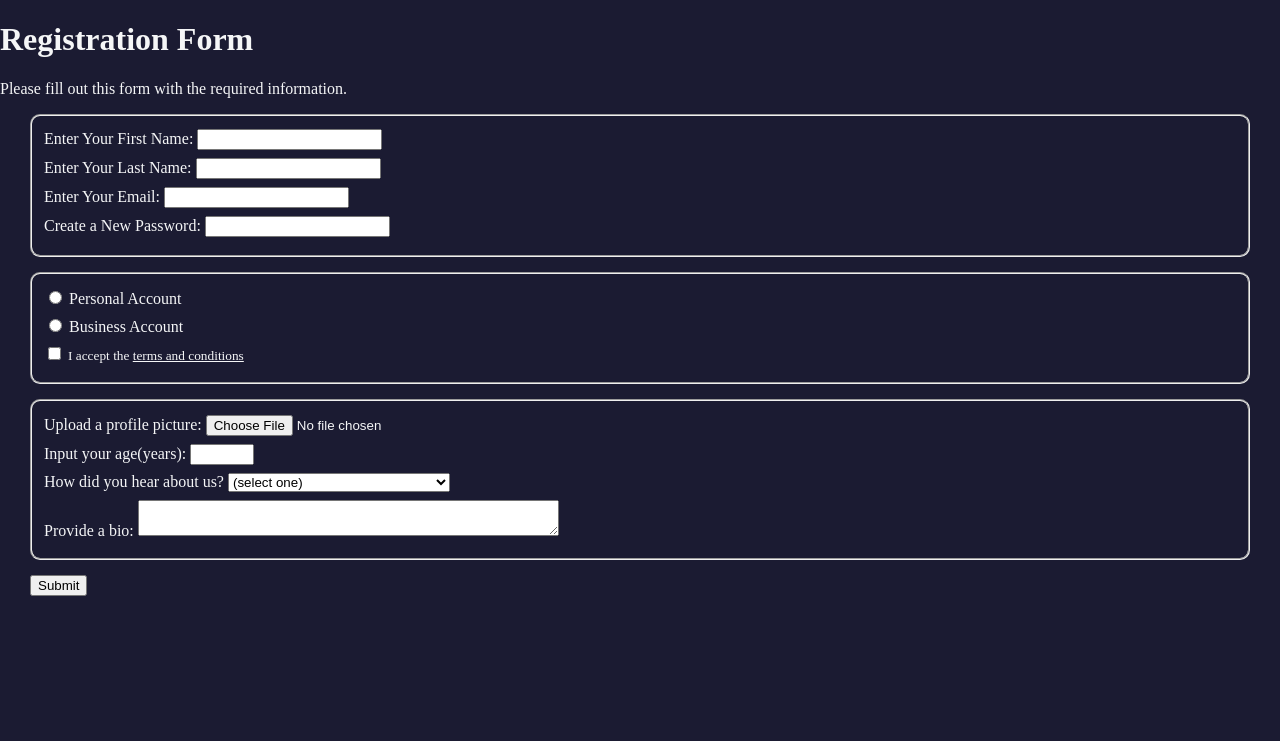
Repository: Lungdjos/registration_form
Page: index.html
These files come from the project's save history. The page is drawn as it stood at one moment and after the next save; the edit follows.
The browser window is 1280 px wide. The pictures show the whole page.

Above is the page before, as saved 2023-09-28 16:05:09.

### index.html
<!DOCTYPE html>
<html lang="en">

<head>
    <meta charset="UTF-8">
    <meta name="viewport" content="width=device-width, initial-scale=1.0">
    <title>Registration Form</title>
    <link rel="stylesheet" href="indexStyles.css">
</head>

<body>
    <h1>Registration Form</h1>
    <p>Please fill out this form with the required information.</p>
    <form action="https://register-demo.freecodecamp.org" method="post">
        <fieldset>
            <label for="first-name">Enter Your First Name: <input type="text" id="first-name" required> </label>
            <label for="last-name">Enter Your Last Name: <input type="text" id="last-name" required> </label>
            <label for="email">Enter Your Email: <input type="email" id="email" required> </label>
            <label for="new-password">Create a New Password: <input type="password" id="new-password" pattern="[A-Za-z0-9]{8,}" minlength="8" required> </label>
        </fieldset>
        <fieldset>
            <label for="personal-account"> <input type="radio" name="account-type" id="personal-account"> Personal Account</label>
            <label for="business-account"> <input type="radio" name="account-type" id="business-account"> Business Account</label>
            <label for="terms-and-conditions"> <input type="checkbox" name="" id="terms-and-conditions" required> <small>I accept the <a href="https://www.freecodecamp.org/news/terms-of-service/">terms and conditions</a> </small> </label>
        </fieldset>
        <fieldset>
            <label for="profile-pic">Upload a profile picture: <input type="file" name="" id="profile-pic"></label>
            <label for="age">Input your age(years): <input type="number" name="" id="" min="13" max="100"> </label>

            <label for=""> How did you hear about us?
                <select name="" id="">
                    <option value="">(select one)</option>
                    <option value="1">freeCodeCamp News</option>
                    <option value="2">freeCodeCamp YouTube Channel</option>
                    <option value="3">freeCodeCamp Forum</option>
                    <option value="4">Other</option>
                </select>
            </label>
            <label for="">Provide a bio:
                <textarea name="" id="" cols="50" rows="2">

                </textarea>
            </label>
        </fieldset>

        <input type="submit" value="Submit" name="" id="">
    </form>
</body>

</html>

### indexStyles.css
/* CSS for the Registration Form */

body {
    width: 100%;
    height: 100vh;
    /* will need to set the value to */
    margin: auto;
    background-color: #1b1b32;
    color: #f5f6f7;
}

label {
    display: block;
    margin: .5rem 0;
}

a {
    color: #f5f6f7;
}

form {
    margin: 0px 30px 0px 30px;
}

fieldset {
    margin: 15px 0px 15px 0px;
    border-radius: 10px;
}

After the next save:
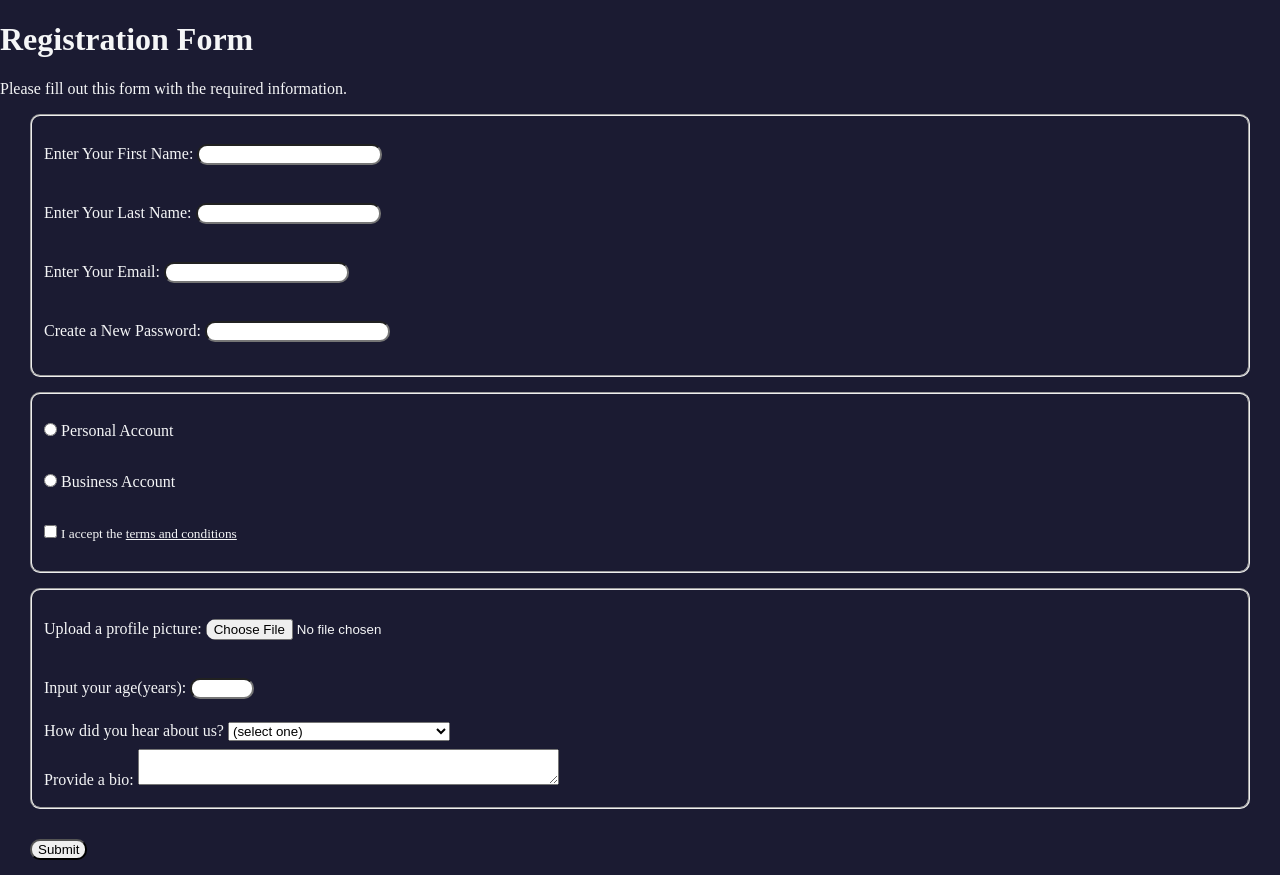
Saved 20 min 36 s later.
--- a/indexStyles.css
+++ b/indexStyles.css
@@ -22,7 +22,8 @@ form {
     margin: 0px 30px 0px 30px;
 }
 
-fieldset {
+fieldset,
+input {
     margin: 15px 0px 15px 0px;
     border-radius: 10px;
 }
